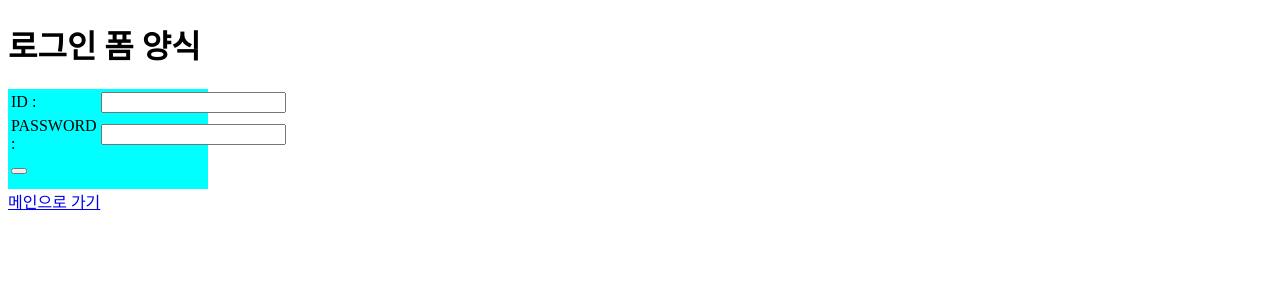
Repository: steeveelee2/WEB_Study
Page: webWorkspace/servlet1Project/web/views/loginForm.html
The author's editor kept a copy of each file at every save. The page is drawn from the files as they stood at one save, then again after the next save.
The browser window is 1280 px wide. The pictures show the whole page.

Above is the page before, as saved 2018-10-10 03:41:32.

After the next save:
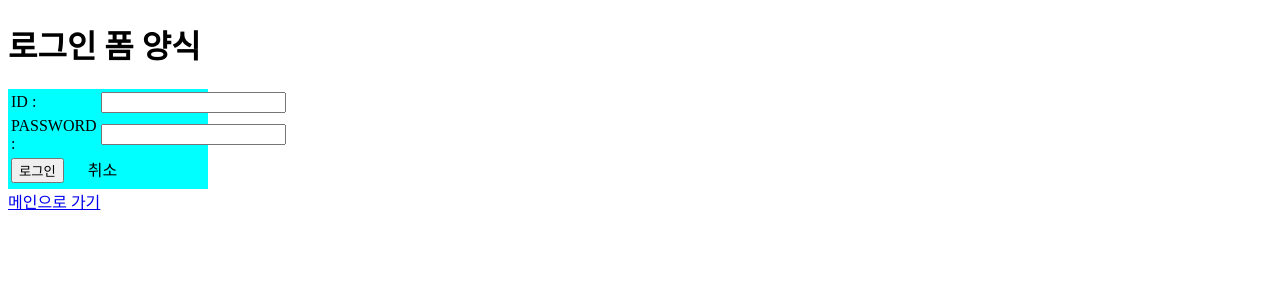
Saved 48 s later.
--- a/webWorkspace/servlet1Project/web/views/loginForm.html
+++ b/webWorkspace/servlet1Project/web/views/loginForm.html
@@ -26,9 +26,9 @@
 				</tr>
 				<tr>
 					<td colspan="2">
-						<button type="submit"></button>
+						<button type="submit">로그인</button>
 						&nbsp;&nbsp;&nbsp;&nbsp;
-						<bytton type="reset"></bytton>
+						<bytton type="reset">취소</bytton>
 					</td>
 				</tr>
 			</table>
